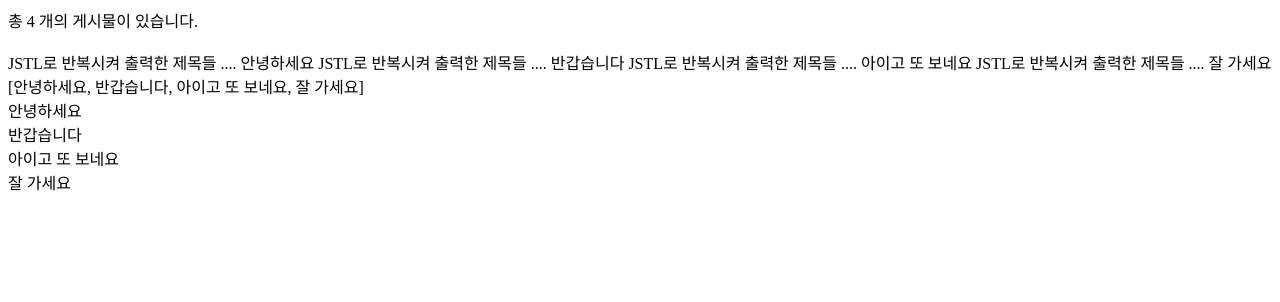
Repository: trapezer84/JSP
Page: http://localhost/AD_HelloJSTL/list
An editor plug-in stored every save of this project. The page is shown before and after the next save, followed by the edit.
The browser window is 1280 px wide. The pictures show the whole page.
The page is served by Tomcat 9.

Above is the page before, as saved 2016-02-04 02:24:13.

After the next save:
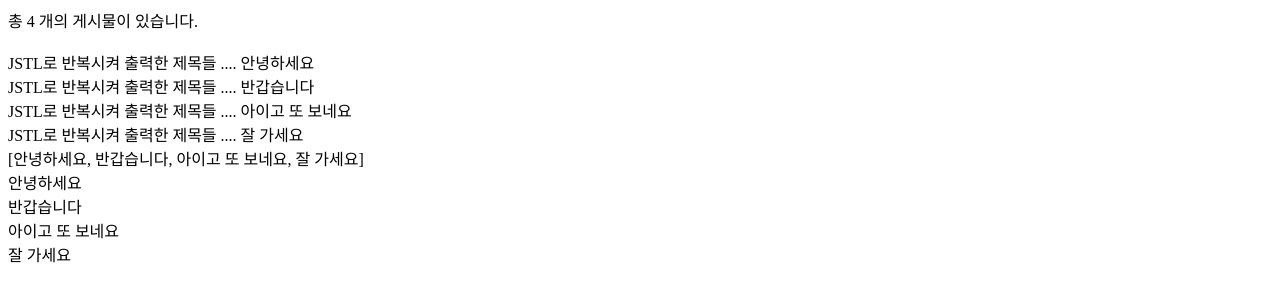
Saved 23 s later.
--- a/AD_HelloJSTL/WebContent/list.jsp
+++ b/AD_HelloJSTL/WebContent/list.jsp
@@ -12,7 +12,7 @@
 총 ${ subjectCount } 개의 게시물이 있습니다.<br/>
 <br/>
 <c:forEach var="subj" items="${subjects}">
-	JSTL로 반복시켜 출력한 제목들 .... ${ subj }
+	JSTL로 반복시켜 출력한 제목들 .... ${ subj } <br />
 </c:forEach>
 
 ${ subjects } <br/>
